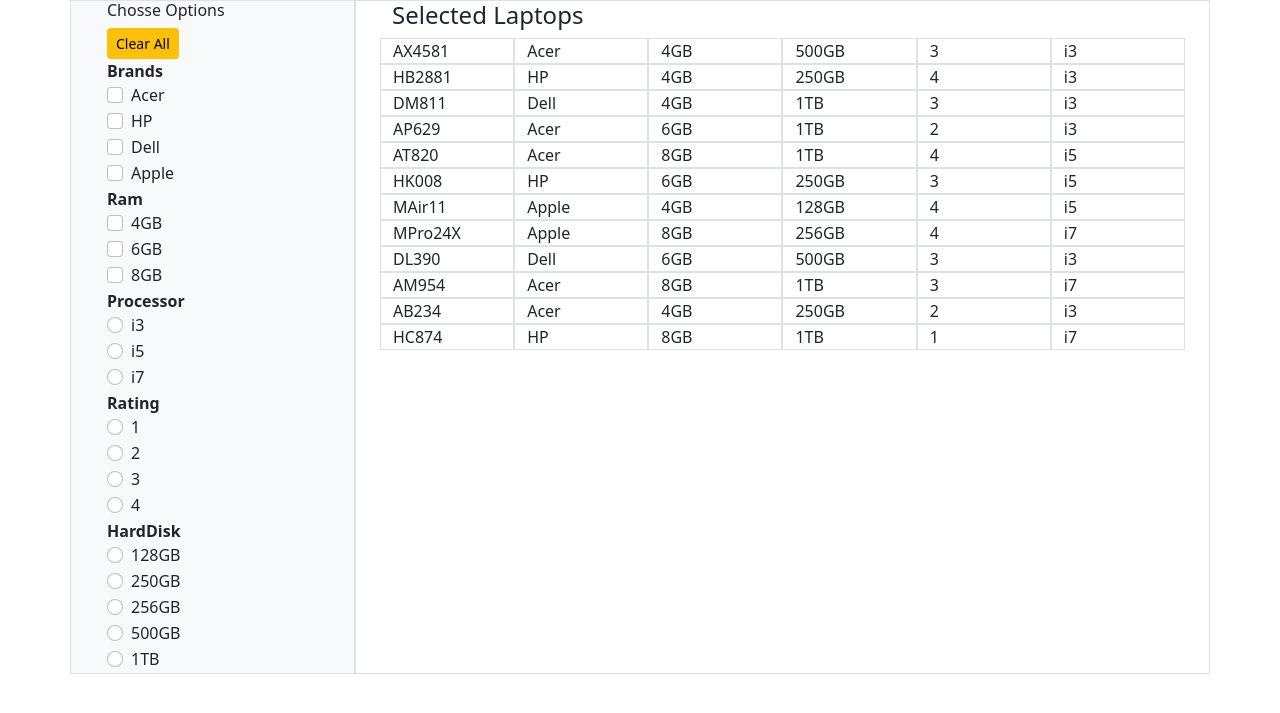
Repository: Sanjayjangra88/combo_app
Page: /
The author's editor kept a copy of each file at every save. The page is drawn from the files as they stood at one save, then again after a run of saves.
The browser window is 1280 px wide. The pictures show the whole page.
Some web libraries are served in a nearby version. The project was rebuilt for these pictures with package versions that can differ from the ones it lists, and the page was loaded fresh each time. Also part of the build but not shown: src/App.js.

Above is the page before, as saved 2022-06-03 13:53:47.

### public/index.html
<!DOCTYPE html>
<html lang="en">
  <head>
    <meta charset "UTF-8" />
    <link rel="icon" href="%PUBLIC_URL%/favicon.ico" />
    <meta name="viewport" content="width=device-width, initial-scale=1" />
    <meta name="theme-color" content="#000000" />
    <meta
      name="description"
      content="Web site created using create-react-app"
    />
    <link rel="apple-touch-icon" href="%PUBLIC_URL%/logo192.png" />
    <!--
      manifest.json provides metadata used when your web app is installed on a
      user's mobile device or desktop. See https://developers.google.com/web/fundamentals/web-app-manifest/
    -->
    <link rel="manifest" href="%PUBLIC_URL%/manifest.json" />
    <link href="https://cdn.jsdelivr.net/npm/bootstrap@5.0.2/dist/css/bootstrap.min.css" rel="stylesheet" integrity="sha384-EVSTQN3/azprG1Anm3QDgpJLIm9Nao0Yz1ztcQTwFspd3yD65VohhpuuCOmLASjC" crossorigin="anonymous">
    <!--
      Notice the use of %PUBLIC_URL% in the tags above.
      It will be replaced with the URL of the `public` folder during the build.
      Only files inside the `public` folder can be referenced from the HTML.

      Unlike "/favicon.ico" or "favicon.ico", "%PUBLIC_URL%/favicon.ico" will
      work correctly both with client-side routing and a non-root public URL.
      Learn how to configure a non-root public URL by running `npm run build`.
    -->
    <!-- Bootstrap CSS -->
    <link rel="stylesheet" href="https://cdn.jsdelivr.net/npm/bootstrap@4.0.0/dist/css/bootstrap.min.css" integrity="sha384-Gn5384xqQ1aoWXA+058RXPxPg6fy4IWvTNh0E263XmFcJlSAwiGgFAW/dAiS6JXm" crossorigin="anonymous">

    <title>React App</title>
  </head>
  <body>
    <noscript>You need to enable JavaScript to run this app.</noscript>
    <div id="root"></div>
    <script src="https://kit.fontawesome.com/9e06ebf41f.js" crossorigin="anonymous"></script>
    <!--
      This HTML file is a template.
      If you open it directly in the browser, you will see an empty page.

      You can add webfonts, meta tags, or analytics to this file.
      The build step will place the bundled scripts into the <body> tag.

      To begin the development, run `npm start` or `yarn start`.
      To create a production bundle, use `npm run build` or `yarn build`.
    -->
    <script src="https://code.jquery.com/jquery-3.2.1.slim.min.js" integrity="sha384-KJ3o2DKtIkvYIK3UENzmM7KCkRr/rE9/Qpg6aAZGJwFDMVNA/GpGFF93hXpG5KkN" crossorigin="anonymous"></script>
    <script src="https://cdn.jsdelivr.net/npm/popper.js@1.12.9/dist/umd/popper.min.js" integrity="sha384-ApNbgh9B+Y1QKtv3Rn7W3mgPxhU9K/ScQsAP7hUibX39j7fakFPskvXusvfa0b4Q" crossorigin="anonymous"></script>
    <script src="https://cdn.jsdelivr.net/npm/bootstrap@4.0.0/dist/js/bootstrap.min.js" integrity="sha384-JZR6Spejh4U02d8jOt6vLEHfe/JQGiRRSQQxSfFWpi1MquVdAyjUar5+76PVCmYl" crossorigin="anonymous"></script>
  </body>
</html>

### src/index.js
import React from 'react';
import ReactDOM from 'react-dom';
import './index.css';
import App from './App';
import reportWebVitals from './reportWebVitals';
import 'bootstrap/dist/css/bootstrap.min.css';

import DropDown4 from './Components/dropDown4';

ReactDOM.render(
  <React.StrictMode>
    <DropDown4/>
  </React.StrictMode>,
  document.getElementById('root')
);

// If you want to start measuring performance in your app, pass a function
// to log results (for example: reportWebVitals(console.log))
// or send to an analytics endpoint. Learn more: https://bit.ly/CRA-vitals
reportWebVitals();

### src/Components/dropDown4.jsx
import React, { Component } from 'react'
import LeftPanel from './leftPanel'

export class dropDown4 extends Component {
    state={
        laptops:[
            {model:"AX4581",brand:"Acer",ram:"4GB",hardDisk:"500GB",rating:"3",processor:"i3"},
            {model:"HB2881",brand:"HP",ram:"4GB",hardDisk:"250GB",rating:"4",processor:"i3"},
            {model:"DM811",brand:"Dell",ram:"4GB",hardDisk:"1TB",rating:"3",processor:"i3"},
            {model:"AP629",brand:"Acer",ram:"6GB",hardDisk:"1TB",rating:"2",processor:"i3"},
            {model:"AT820",brand:"Acer",ram:"8GB",hardDisk:"1TB",rating:"4",processor:"i5"},
            {model:"HK008",brand:"HP",ram:"6GB",hardDisk:"250GB",rating:"3",processor:"i5"},
            {model:"MAir11",brand:"Apple",ram:"4GB",hardDisk:"128GB",rating:"4",processor:"i5"},
            {model:"MPro24X",brand:"Apple",ram:"8GB",hardDisk:"256GB",rating:"4",processor:"i7"},
            {model:"DL390",brand:"Dell",ram:"6GB",hardDisk:"500GB",rating:"3",processor:"i3"},
            {model:"AM954",brand:"Acer",ram:"8GB",hardDisk:"1TB",rating:"3",processor:"i7"},
            {model:"AB234",brand:"Acer",ram:"4GB",hardDisk:"250GB",rating:"2",processor:"i3"},
            {model:"HC874",brand:"HP",ram:"8GB",hardDisk:"1TB",rating:"1",processor:"i7"},
            ],
            optionArry:{
                brand:["Acer","HP","Dell","Apple"],
                ram:["4GB","6GB","8GB"],
                rating:["1","2","3","4"],
                processor:["i3","i5","i7"],
                hardDisk: ["128GB","250GB","256GB","500GB","1TB"]
            },
                optionSell:{
                    brand:[],
                    ram:[],
                    rating:"",
                    processor:"",
                    hardDisk:"",

                }

    }
    showLaptops=()=>{
        let s1={...this.state};
        const{laptops,optionSell}=this.state;
        const{brand,ram,processor,rating,hardDisk}=optionSell;
        const laptop1 =
        brand.length > 0
         ? laptops.filter((ele) => brand.findIndex((lt) => lt === ele.brand) >=0 )
         : laptops;

        const laptop2 =
         ram.length>0
         ? laptop1.filter((ele)=>ram.findIndex((lt)=>lt===ele.ram)>=0)
         : laptop1;

        const laptop3 =
         processor.length>0
         ? laptop2.filter((ele)=>ele.processor===processor)
         : laptop2;

        const laptop4 =
         rating.length>0
         ? laptop3.filter((ele)=>ele.rating === rating)
         : laptop3;
        const laptop5 =
         hardDisk.length>0
         ? laptop4.filter((ele)=>ele.hardDisk === hardDisk)
         : laptop4;

        return(
            <div className="container">
                <h4>Selected Laptops</h4>
                {laptop5.map((ele)=>(
                    <div className="row">
                        <div className="col-2 border">{ele.model}</div>
                        <div className="col-2 border">{ele.brand}</div>
                        <div className="col-2 border">{ele.ram}</div>
                        <div className="col-2 border">{ele.hardDisk}</div>
                        <div className="col-2 border">{ele.rating}</div>
                        <div className="col-2 border">{ele.processor}</div>
                    </div>
                ))}
            </div>
        );
         }
    remove=()=>{
     let s1={...this.state};
     s1.optionSell= {
        brand:[],
        ram:[],
        rating:"",
        processor:"",
        hardDisk:"",
    }
    this.setState(s1)
    }
    handelChangeOptions=(optionSell)=>{
        let s1={...this.state};
        s1.optionSell= optionSell
        this.setState(s1)
     }
  render() {
      const{optionArry,optionSell}=this.state;
    return (
      <div className='container'>
          <div className="row">
              <div className="col-3 border bg-light">
                  <LeftPanel optionArry={optionArry}optionSell={optionSell}onChangeOptions={this.handelChangeOptions}remove={this.remove}/>
              </div>
              <div className="col-9 border">{this.showLaptops()}</div>
          </div>
      </div>
    )
  }
}

export default dropDown4

### src/App.css
*{
  margin: 0;
  padding: 0;
}
.slidebar{
  position: absolute;
  background-color: rgb(168, 165, 165);
  height: 100vh;
  width: 30vh;
  margin-right: 5px;
  transition: transform 0.3s ease-in;


}
.slidebar  li a{
  text-decoration: none;
  color:white;
}
.slidebar  li{
  list-style: none;
  font-size: 20px;
  padding: 13px 0;
  color:white;
}
.box{
  margin-left: 32vh;
}
div.d-flex.justify-content-between{
  margin-left: 30vh;
}

.th1{
  background-color: black;
  color: white;
  border: 1px solid black;
  text-align: center;
  padding-left: 15px;
  padding-right: 15px;
}
.col1 {
  border: 1px solid black;
  text-align: center;
  padding-left: 15px;
  padding-right: 15px;
}

### src/Components/leftPanel.jsx
import React, { Component } from 'react'

export class leftPanel extends Component {
  render() {
      const{optionArry,optionSell,remove}=this.props;
    //   console.log(remove)
    return (
      <div className='container'>
          <h6>Chosse Options</h6>
          <button className="btn btn-warning btn-sm" onClick={remove}>Clear All</button><br/>
          {this.showCheckBoxes("Brands",optionArry.brand,"brand",optionSell.brand)}
          {this.showCheckBoxes("Ram",optionArry.ram,"ram",optionSell.ram)}
          {this.showRadios("Processor",optionArry.processor,"processor",optionSell.processor)}
          {this.showRadios("Rating",optionArry.rating,"rating",optionSell.rating)}
          {this.showRadios("HardDisk",optionArry.hardDisk,"hardDisk",optionSell.hardDisk)}
      </div>
    )
  }
  handelChange=(e)=>{
      let s1={ ...this.props.optionSell };
      const{ currentTarget: input }=e;
      input.name==="brand"
      ? (s1.brand = this.upDateCBs(input.checked,input.value,s1.brand))
      : input.name === "ram"
      ? (s1.ram = this.upDateCBs(input.checked,input.value,s1.ram))
      : (s1[input.name] = input.value);
      this.props.onChangeOptions(s1);
  }
  upDateCBs=(checked,value,arr)=>{
      if(checked) arr.push(value)
      else{
          let index = arr.findIndex((ele)=>ele===value);
          if(index>=0) arr.splice(index,1);
      }
      return arr;

  }
  showCheckBoxes=(label,arr,name,selArr)=>{
      return(
          <React.Fragment>
              <label className='form-check-label font-weight-bold'>{label}</label>
              {arr.map((ele,index)=>(
                  <div className="form-check">
                      <input
                       className='form-check-input'
                       value={ele}
                       type="checkbox"
                       name={name}
                       checked={selArr.findIndex((st)=>st===ele)>=0}
                       onChange={this.handelChange}
                      />
                      <label className='form-check-label'>{ele}</label>
                  </div>
              ))}
          </React.Fragment>
      )
  }
  showRadios=(label,arr,name,selVal)=>{
      return(
          <React.Fragment>
                 <label className="form-check-label font-weight-bold">{label}</label><br/>
                {arr.map((ele)=>(
                     <div className="form-check ">
                     <input
                     className="form-check-input"
                     type="radio"
                     name={name}
                     value={ele}
                     checked={selVal===ele}
                     onChange={this.handelChange}/>
                     <label className="form-check-label">{ele}</label>
                 </div>
                ))}
          </React.Fragment>
      )
  }
}

export default leftPanel

Loaded but not shown: src/index.css (common file); src/reportWebVitals.js (common file)

After the next 3 saves:
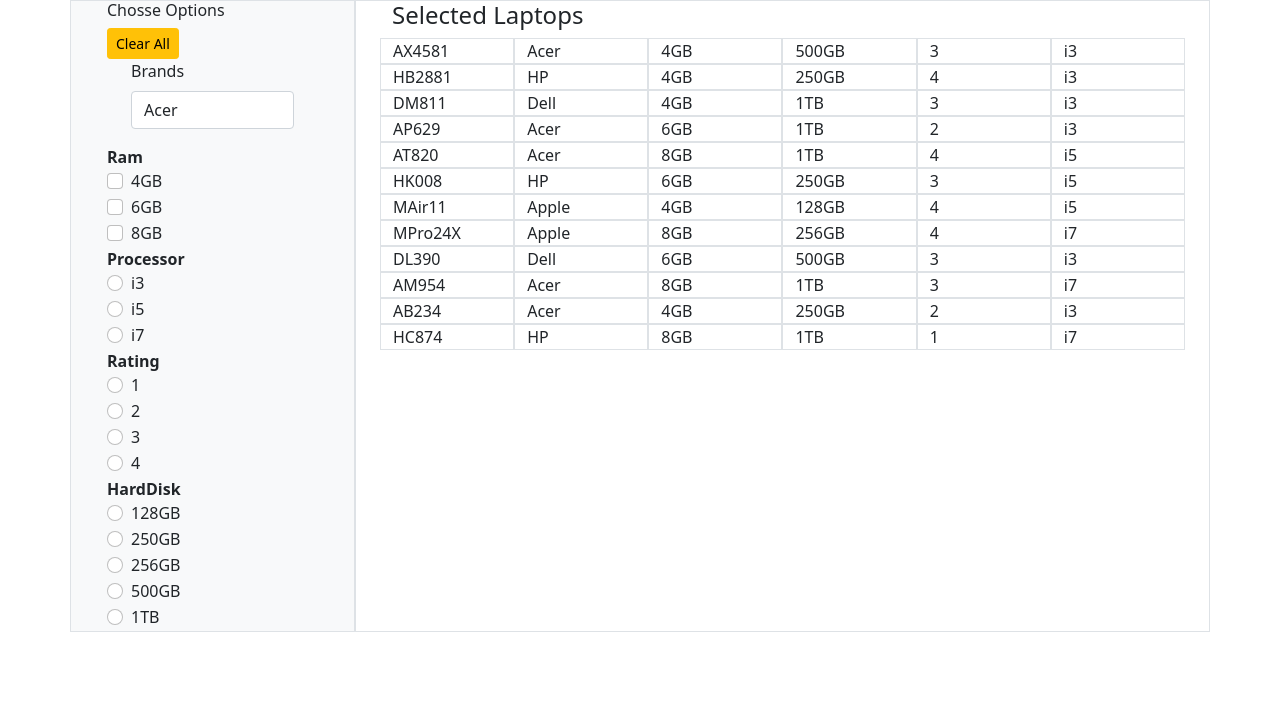
The 3 saves are shown as one change because 2 did not build or start.
The last was saved 11 min 54 s later.
--- a/src/Components/leftPanel.jsx
+++ b/src/Components/leftPanel.jsx
@@ -8,7 +8,8 @@
       <div className='container'>
           <h6>Chosse Options</h6>
           <button className="btn btn-warning btn-sm" onClick={remove}>Clear All</button><br/>
-          {this.showCheckBoxes("Brands",optionArry.brand,"brand",optionSell.brand)}
+          {this.showDropdown("Brands",optionArry.brand,"brand",optionSell.brand)}
+          {/* {this.showCheckBoxes("Brands",optionArry.brand,"brand",optionSell.brand)} */}
           {this.showCheckBoxes("Ram",optionArry.ram,"ram",optionSell.ram)}
           {this.showRadios("Processor",optionArry.processor,"processor",optionSell.processor)}
           {this.showRadios("Rating",optionArry.rating,"rating",optionSell.rating)}
@@ -74,6 +75,23 @@
           </React.Fragment>
       )
   }
+  showDropdown=(label,arr,name,selVal)=>{
+      return(
+          <React.Fragment>
+              <div className="container">
+                      <div className="form-group">
+          <label>{label}</label>
+          <select className="form-control"name={name}id="brand"value={name}onChange={this.handelChange}>
+        <option disabled value="">{selVal}</option>
+        {arr.map((ele)=><option>{ele}</option>)}
+          </select>
+          </div>
+              </div>
+          </React.Fragment>
+      )
+
+
+  }
 }
 
 export default leftPanel
